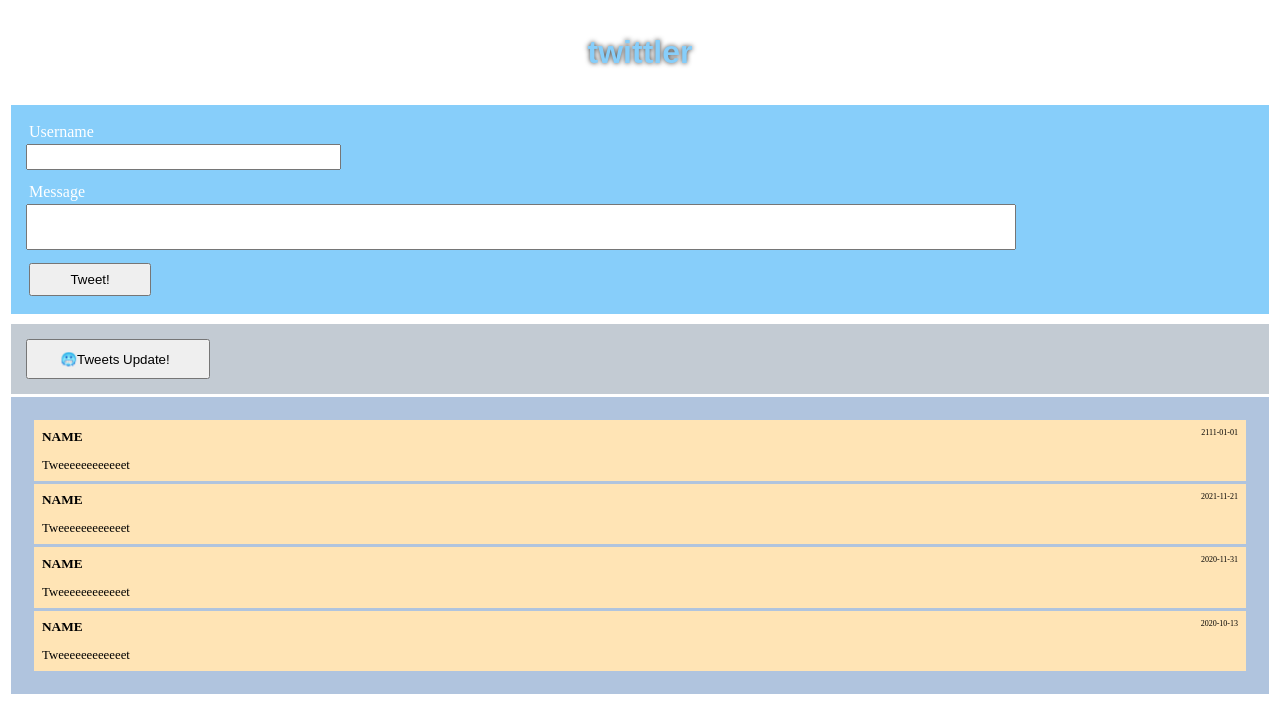
Repository: rlatlswo135/my_workstation
Page: im-sprint-twittler-master/index.html
These files come from the project's save history. The page is drawn as it stood at one moment and after the next save; the edit follows.
The browser window is 1280 px wide. The pictures show the whole page.

Above is the page before, as saved 2021-05-27 15:23:29.

After the next save:
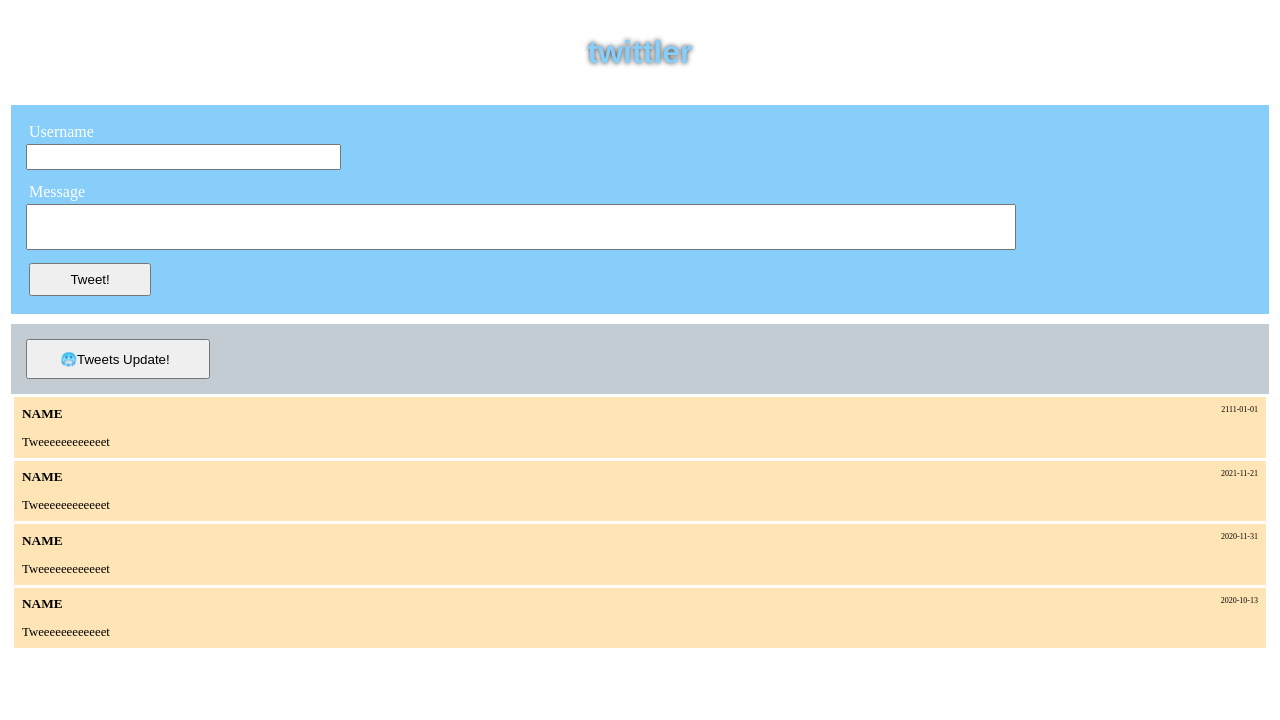
Saved 17 min 48 s later.
--- a/im-sprint-twittler-master/index.html
+++ b/im-sprint-twittler-master/index.html
@@ -19,7 +19,7 @@
 <div class ="updateTweetBox">
   <button class ="tweetUpdateButton"><span>&#x1F976;</span>Tweets Update!</button>
 </div>
-<div class="UsersTweet">
+<div class="UsersTweetBox">
   <div class="contaner">
     <div><h5>NAME</h5><span>Tweeeeeeeeeeeet</span></div>
     <div class="date">2111-01-01</div>

After the save that followed:
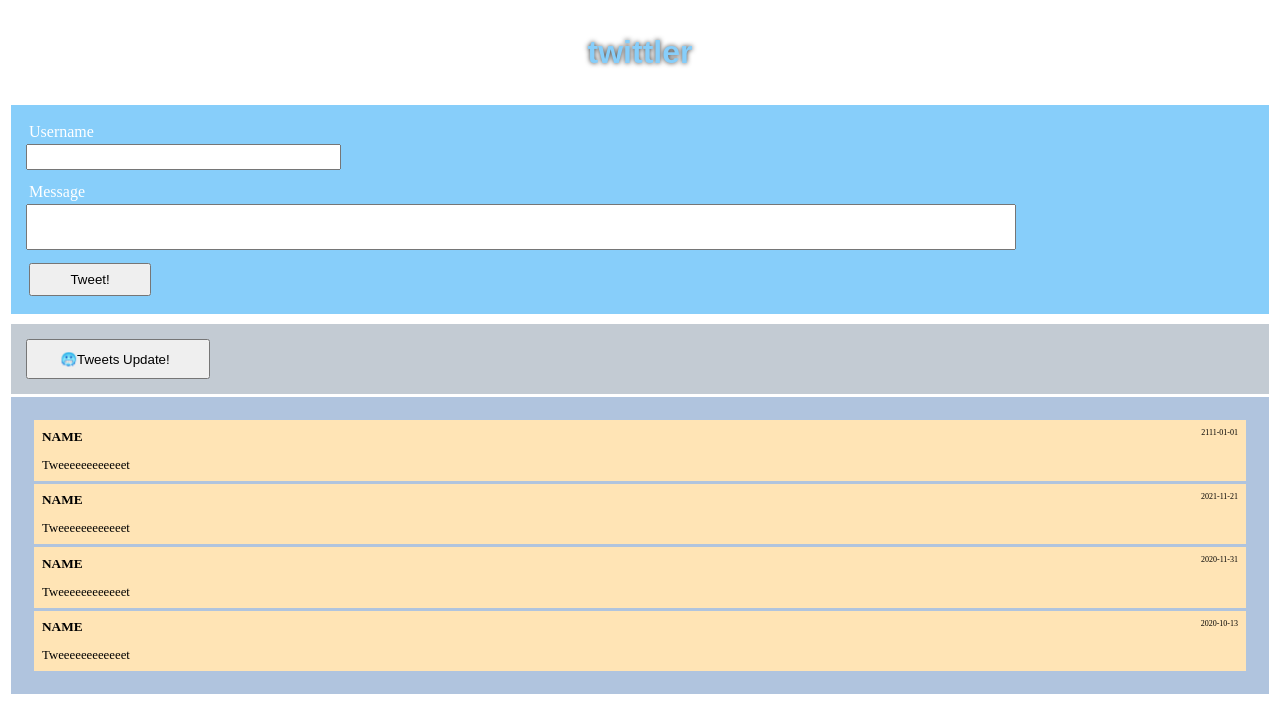
Saved 6 s later.
--- a/im-sprint-twittler-master/main.css
+++ b/im-sprint-twittler-master/main.css
@@ -45,7 +45,7 @@
   height: 3em;
   padding-left: 0px;
 }
-.UsersTweet {
+.UsersTweetBox {
   background-color: lightsteelblue;
   padding: 20px;
 }
